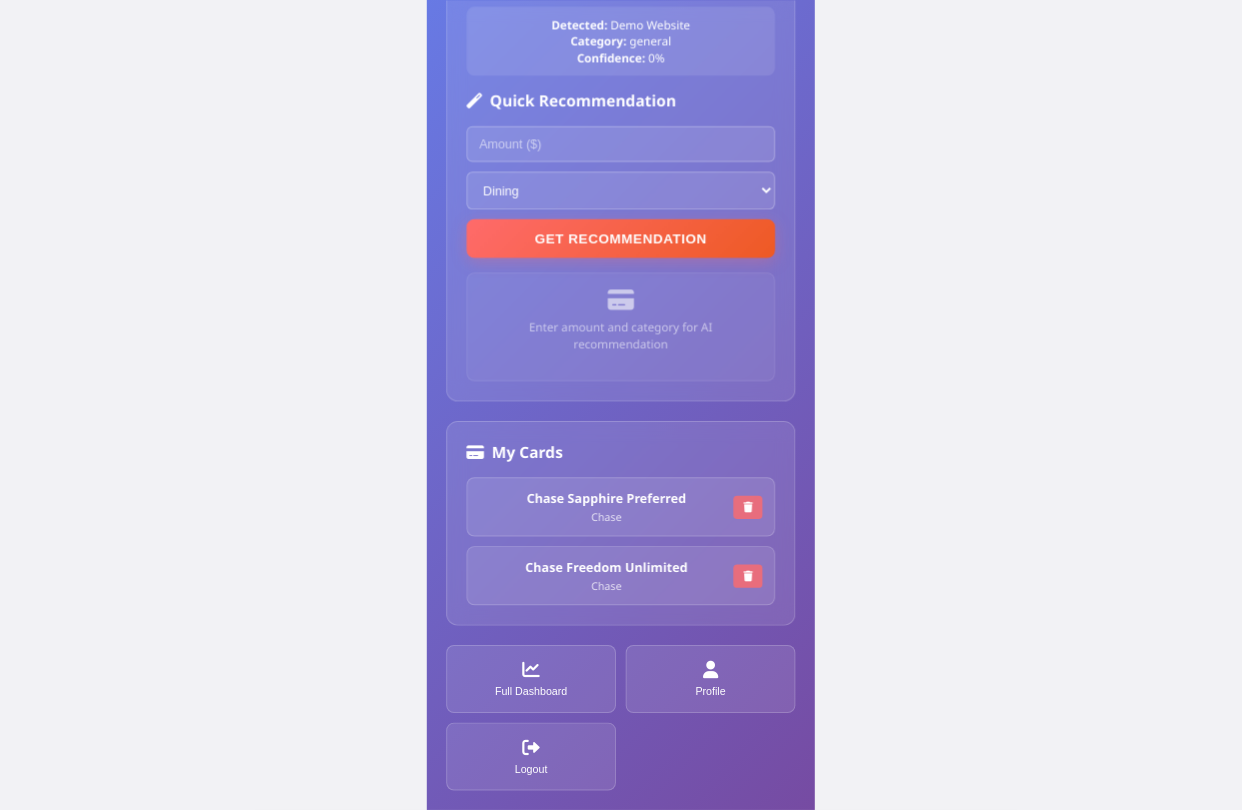
Repository: VihaanShah2004/vs2004-intenrship-version
Page: client/popup.html
These files come from the project's save history. The page is drawn as it stood at one moment and after the next save; the edit follows.
The browser window is 1280 px wide. The pictures show the whole page, at 97% of full size.

Above is the page before, as saved 2025-09-19 16:55:06.

After the next save:
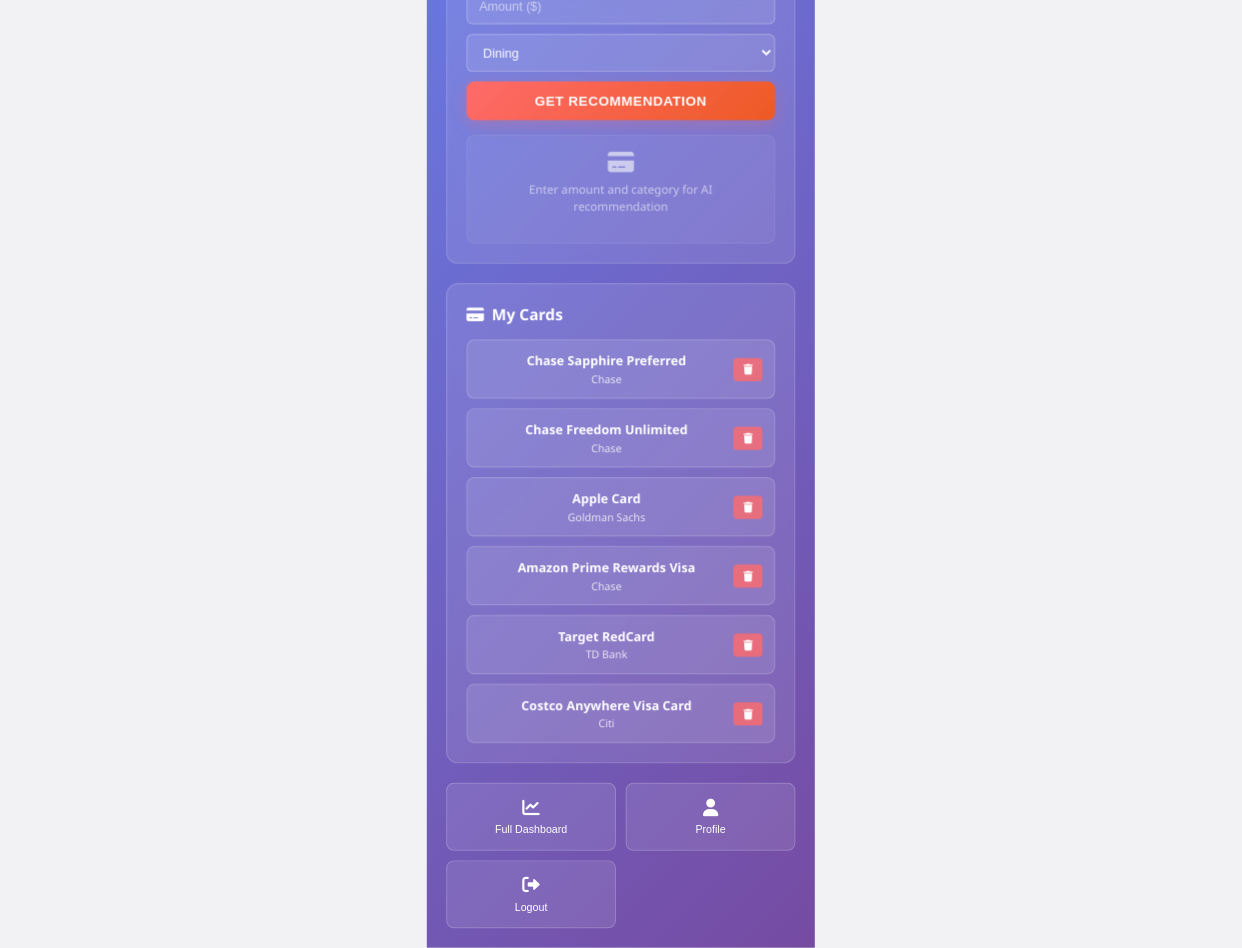
Saved 7 s later.
--- a/client/popup.js
+++ b/client/popup.js
@@ -67,6 +67,30 @@
             cardId: 'chase_freedom_unlimited',
             cardName: 'Chase Freedom Unlimited',
             bank: 'Chase'
+        });
+
+        this.storage.addCreditCardToUser(user.id, {
+            cardId: 'apple_card',
+            cardName: 'Apple Card',
+            bank: 'Goldman Sachs'
+        });
+
+        this.storage.addCreditCardToUser(user.id, {
+            cardId: 'amazon_prime_card',
+            cardName: 'Amazon Prime Rewards Visa',
+            bank: 'Chase'
+        });
+
+        this.storage.addCreditCardToUser(user.id, {
+            cardId: 'target_redcard',
+            cardName: 'Target RedCard',
+            bank: 'TD Bank'
+        });
+
+        this.storage.addCreditCardToUser(user.id, {
+            cardId: 'costco_citi',
+            cardName: 'Costco Anywhere Visa Card',
+            bank: 'Citi'
         });
 
         // Update user with spending preferences
